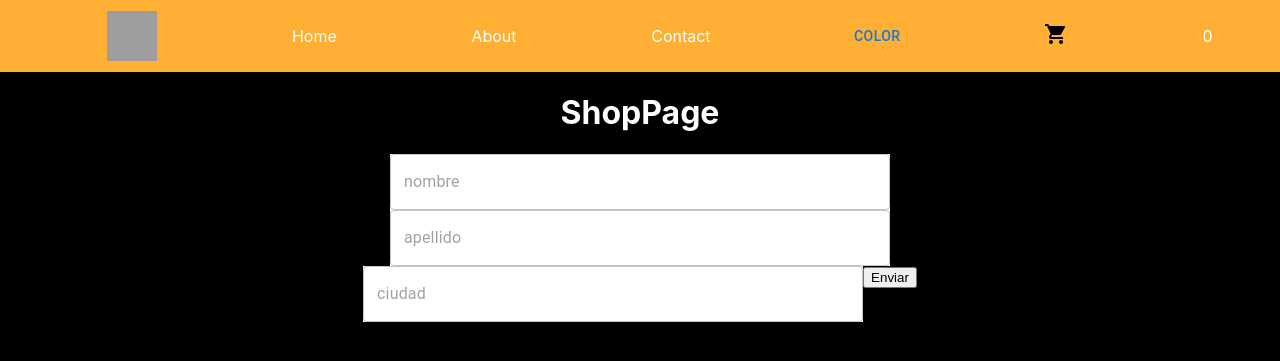
Repository: Toydrum/React-Hector-Coronado-EntregaFinal
Page: /shop
The author's editor kept a copy of each file at every save. The page is drawn from the files as they stood at one save, then again after the next save.
The browser window is 1280 px wide. The pictures show the whole page.
Pictures or frames that could not be fetched are drawn as grey boxes. The project was rebuilt for these pictures with package versions that can differ from the ones it lists, and the page was loaded fresh each time. Also part of the build but not shown: vite.config.js, src/components/Button/Button.css, src/components/Button/Button.jsx, src/components/CardUser/CardUser.css, src/components/CardUser/CardUser.jsx, src/components/CardList/CardList.jsx, src/pages/HomePage/HomePage.jsx, src/pages/ContactPage/ContactPage.jsx and 4 more.

Above is the page before, as saved 2023-07-19 13:53:22.

### src/App.jsx
//import React from "react";
import "./App.css";
import { BrowserRouter as Router, Routes, Route } from "react-router-dom";

//Context
import GatosProvider from "./context/GatosContext";

//Components
import NavBar from "./components/Navbar/Navbar";
//import MenuColor from "./components/MenuColor/MenuColor";
//import CardUser from "./components/CardUser/CardUser";

//Pages
import HomePage from "./pages/HomePage/HomePage";
import ContactPage from "./pages/ContactPage/ContactPage";
import AboutPage from "./pages/AboutPage/AboutPage";
import DetailPage from "./pages/DetailPage/DetailPage";
import ShopPage from "./pages/ShopPage/ShopPage";

const App = () => {
  return (
    <Router>
      <GatosProvider>
        <div className="App">
          <NavBar />
          <Routes>
            <Route path="/" element={<HomePage />}></Route>
            <Route path="/About" element={<AboutPage />}></Route>
            <Route path="/Contact" element={<ContactPage />}></Route>
            <Route path="/detail/:id" element={<DetailPage />}></Route>
            <Route path="/shop" element={<ShopPage />}></Route>
          </Routes>
          <div className="Cards-Container"></div>
        </div>
      </GatosProvider>
    </Router>
  );
};

export default App;

### src/App.css
body{
  background-color: black;
}

.App {
  display: flex;
  flex-direction: column;
  justify-content: center;
}

.Cards-Container{
  display: flex;
  width: 100%;
  justify-content: center;
}

### src/context/GatosContext.jsx
// GatosContext.js

import { useState, createContext, useContext } from "react";
import PropTypes from "prop-types";

const GatosContext = createContext();
const initialState = {
  gatos: [],
  shoppingCart: [],
  gatosFilter: [],
};
const GatosProvider = ({ children }) => {
  const [items, setItems] = useState(initialState);
  console.log(items);
  return (
    <GatosContext.Provider value={[items, setItems]}>
      {children}
    </GatosContext.Provider>
  );
};

GatosProvider.propTypes = {
  children: PropTypes.node.isRequired,
};
export default GatosProvider;
export const useGatosContext = () => useContext(GatosContext);

### src/components/Navbar/Navbar.jsx
//import { useContext } from "react";
import "./Navbar.css";
import logo from "./cat-logo.svg";
import { Link } from "react-router-dom";
import CartWidget from "../CartWidget/CartWidget";
import MenuColor from "../MenuColor/MenuColor";
import { useGatosContext } from "../../context/GatosContext";

const NavBar = () => {
  const [items, setItems] = useGatosContext();

  return (
    <nav className="nav-container">
      <ul className="nav-ul">
        <img src={logo} alt="gatito" style={{ height: 50, width: 50 }} />
        <li className="li">
          <Link to="/" className="li">
            Home
          </Link>
        </li>
        <li className="li">
          <Link to="/about" className="li">
            About
          </Link>
        </li>
        <li className="li">
          <Link to="/contact" className="li">
            Contact
          </Link>
        </li>
        <li className="li">
          <MenuColor />
        </li>
        <li className="li">
          <Link to="/shop" className="li">
            <CartWidget className="li" />
          </Link>
        </li>
        <li className="li">{items.shoppingCart.length}</li>
      </ul>
    </nav>
  );
};

export default NavBar;

### src/pages/ShopPage/ShopPage.jsx
import { useState } from "react";
import TextField from "@mui/material/TextField";
import "./Styles.css";
import { addDoc } from "firebase/firestore";
import { useParams } from "react-router-dom";
import { db } from "../../firebase/firebaseConfig";
import { collection, query, getDocs } from "firebase/firestore";
import MessageSuccess from "../../components/MessageSuccess/MessageSuccess";
import CardUser from "../../components/CardUser/CardUser";
import { useGatosContext } from "../../context/GatosContext";

const ShopPage = () => {
  const [gatoState, setGatoState] = useGatosContext();
  const { id } = useParams();

  const initialState = {
    nombre: "",
    apellido: "",
    ciudad: "",
    gatos: gatoState.shoppingCart || [],
  };
  const [values, setValues] = useState(initialState);
  const [purchaseID, setPurchaseID] = useState("");
  const handleOnChange = (e) => {
    const { value, name } = e.target;
    setValues({
      ...values,
      [name]: value,
    });
  };

  const onSubmit = async (e) => {
    e.preventDefault();
    values.gatos = gatoState.shoppingCart;
    console.log(values);
    const docRef = await addDoc(collection(db, "compras"), {
      values,
    });
    setPurchaseID(docRef.id);
    //TODO: subir values a la base de datos
    setValues(initialState);
  };
  const eliminarGatito = (gato) => {
    console.log(gato);
    console.log(gatoState.shoppingCart);
    gatoState.shoppingCart = gatoState.shoppingCart.filter((g) => {
      return g.id !== gato.id;
    });
    console.log(gatoState.shoppingCart);
    setGatoState({
      gatos: gatoState.gatos || [],
      shoppingCart: gatoState.shoppingCart || [],
    });
  };
  console.log("Document written with ID: ", purchaseID);
  return (
    <>
      <div className="caja">
        <h1 className="titulo">ShopPage</h1>
        <form onSubmit={onSubmit}>
          <TextField
            name="nombre"
            className="campo"
            placeholder="nombre"
            value={values.nombre}
            onChange={handleOnChange}
          />
          <TextField
            name="apellido"
            className="campo"
            placeholder="apellido"
            value={values.apellido}
            onChange={handleOnChange}
          />
          <TextField
            name="ciudad"
            className="campo"
            placeholder="ciudad"
            value={values.ciudad}
            onChange={handleOnChange}
          />
          <button type="submit" onClick={onSubmit}>
            Enviar
          </button>
        </form>

        <div className="Cards-List">
          {gatoState.shoppingCart && gatoState.shoppingCart.length > 0 ? (
            gatoState.shoppingCart.map((gato) => {
              return (
                <div key={gato.id}>
                  <CardUser
                    data={gato}
                    handleData={eliminarGatito}
                    accion={"eliminar"}
                  />
                </div>
              );
            })
          ) : (
            <p>No hay gatos</p>
          )}
        </div>
        {purchaseID ? <MessageSuccess purchaseID={purchaseID} /> : null}
      </div>
    </>
  );
};

export default ShopPage;

### src/components/Navbar/Navbar.css
.nav-container {
  background-color: #FFAF33;
  height: 10vh;
  display: flex;
  width: 100%;
  justify-content: space-around;
  align-items: center;
}

.nav-ul {
  display: flex;
  width: 100%;
  justify-content: space-around;
  align-items: center;
}

.li {
  color: white;
  list-style-type: none;
  text-decoration: none;
}

### src/components/CartWidget/CartWidget.jsx
import ShoppingCartIcon from "@mui/icons-material/ShoppingCart";

const CartWidget = () => {
  return (
    <div style={{ color: "black" }}>
      <ShoppingCartIcon />
    </div>
  );
};

export default CartWidget;

### src/components/MenuColor/MenuColor.jsx
import * as React from "react";

import Button from "@mui/material/Button";
import Menu from "@mui/material/Menu";
import MenuItem from "@mui/material/MenuItem";
import { useGatosContext } from "../../context/GatosContext";

const MenuColor = () => {
  const [anchorEl, setAnchorEl] = React.useState(null);
  const open = Boolean(anchorEl);
  const handleClick = (event) => {
    setAnchorEl(event.currentTarget);
  };

  const handleClose = () => {
    setAnchorEl(null);
  };
  return (
    <div>
      <Button
        id="demo-positioned-button"
        aria-controls={open ? "demo-positioned-menu" : undefined}
        aria-haspopup="true"
        aria-expanded={open ? "true" : undefined}
        onClick={handleClick}
      >
        Color
      </Button>
      <Menu
        id="demo-positioned-menu"
        aria-labelledby="demo-positioned-button"
        anchorEl={anchorEl}
        open={open}
        onClose={handleClose}
        anchorOrigin={{
          vertical: "top",
          horizontal: "left",
        }}
        transformOrigin={{
          vertical: "top",
          horizontal: "left",
        }}
      >
        <MenuItem onClick={handleClose}>Blanco</MenuItem>
        <MenuItem onClick={handleClose}>Rayado</MenuItem>
        <MenuItem onClick={handleClose}>Naranja</MenuItem>
      </Menu>
    </div>
  );
};

export default MenuColor;

### src/pages/ShopPage/Styles.css
.campo{
  display: flex;
  width: 500px;
  background-color : white;
  color: black;
  margin-right: auto;
  margin-left: auto;
}

.caja{
  display: block;
  flex-flow: column;
  justify-content: center;
  text-align: center;
  width: 51%;
  height: 40vh;
  margin-right: auto;
  margin-left: auto;
  color:black;
}

.titulo{
  color: white;
}

### src/firebase/firebaseConfig.js
// Import the functions you need from the SDKs you need
import { initializeApp } from "firebase/app";
//import { getAnalytics } from "firebase/analytics";
// TODO: Add SDKs for Firebase products that you want to use
// https://firebase.google.com/docs/web/setup#available-libraries
import { getFirestore } from "firebase/firestore";
// Your web app's Firebase configuration
// For Firebase JS SDK v7.20.0 and later, measurementId is optional
const firebaseConfig = {
  apiKey: "AIzaSyCLSk1f1K6dPfkavJgb9mdon9PDEPSR80U",
  authDomain: "gatitos-7f5b2.firebaseapp.com",
  projectId: "gatitos-7f5b2",
  storageBucket: "gatitos-7f5b2.appspot.com",
  messagingSenderId: "577315722745",
  appId: "1:577315722745:web:28034b8baa1dc0c2115928",
  measurementId: "G-DZQ36RVP49",
};

// Initialize Firebase
const app = initializeApp(firebaseConfig);
//const analytics = getAnalytics(app);
export const db = getFirestore(app);

### src/components/CardList/CardList.css
.Cards-List{
  display: grid;
  justify-content: space-around;
  align-content: space-around;
  align-items: center;
  grid-template-columns: 1fr 1fr 1fr 1fr;
}

Loaded but not shown: index.html (common file); src/main.jsx (common file); src/index.css (common file)

After the next save:
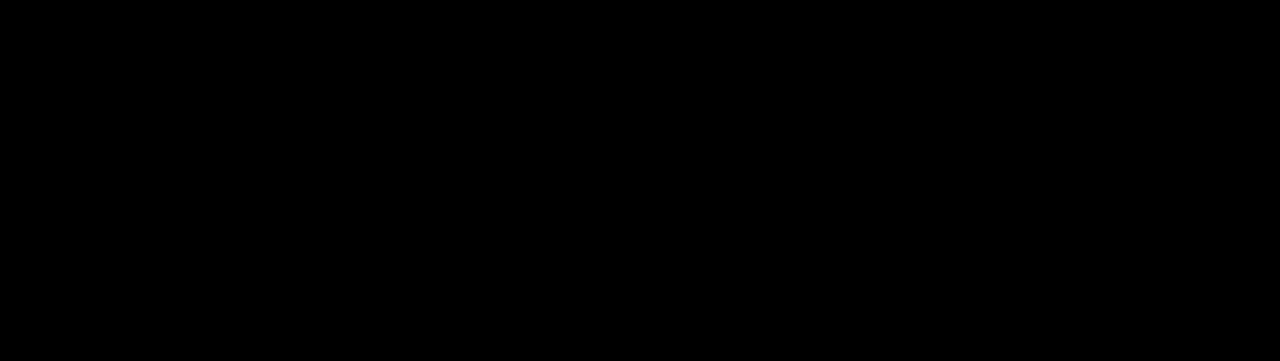
Console error: TypeError: Cannot read properties of undefined (reading 'doncacion')
Saved 4 min 2 s later.
--- a/src/pages/ShopPage/ShopPage.jsx
+++ b/src/pages/ShopPage/ShopPage.jsx
@@ -83,7 +83,7 @@
             Enviar
           </button>
         </form>
-
+        {gatoState.shoppingCart.data.doncacion}
         <div className="Cards-List">
           {gatoState.shoppingCart && gatoState.shoppingCart.length > 0 ? (
             gatoState.shoppingCart.map((gato) => {

After the save that followed:
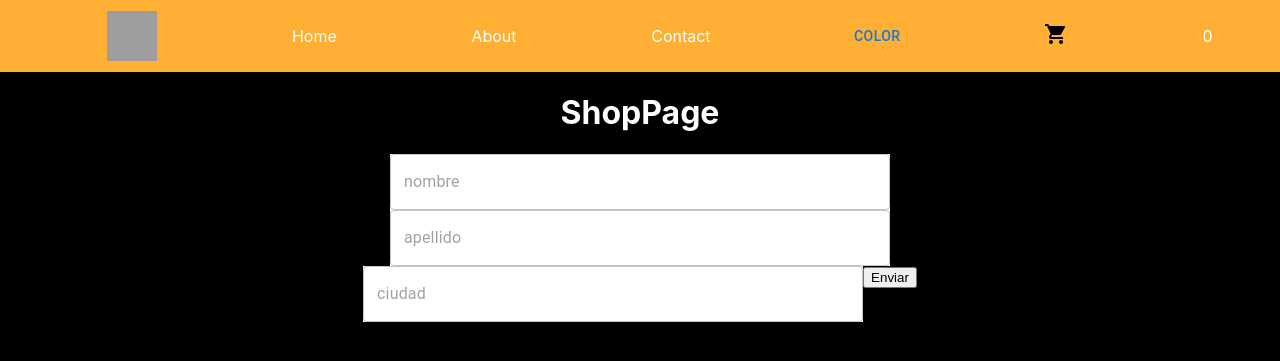
The error is gone.
Saved 2 min 24 s later.
--- a/src/pages/ShopPage/ShopPage.jsx
+++ b/src/pages/ShopPage/ShopPage.jsx
@@ -83,7 +83,7 @@
             Enviar
           </button>
         </form>
-        {gatoState.shoppingCart.data.doncacion}
+        {gatoState.shoppingCart.map((gato) => gato.donacion)}
         <div className="Cards-List">
           {gatoState.shoppingCart && gatoState.shoppingCart.length > 0 ? (
             gatoState.shoppingCart.map((gato) => {
